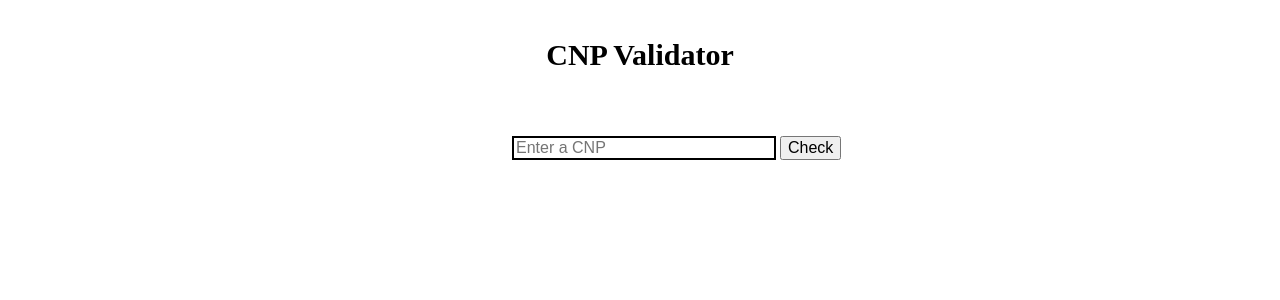
Repository: sabinaPetrisor/CNP_Validator_Project
Page: http://localhost/CNPValidatorProject/
The author's editor kept a copy of each file at every save. The page is drawn from the files as they stood at one save, then again after the next save.
The browser window is 1280 px wide. The pictures show the whole page.
Some web libraries are served in a nearby version. The page is served by Tomcat 9. Other server files are loaded and not shown.

Above is the page before, as saved 2023-07-10 14:55:44.

### CNPValidatorProject/src/main/webapp/index.jsp
<%@ page language="java" contentType="text/html; charset=ISO-8859-1"
    pageEncoding="ISO-8859-1"%>
<!DOCTYPE html>
<html>
<head>
	<title>CNP Validator</title>
	<meta name="viewport" content="width=device-width, initial-scale=1" charset="ISO-8859-1">
	<style> <%@include file="../css/index.css" %> </style>
	<script type="text/javascript" src="https://ajax.googleapis.com/ajax/libs/jquery/1.6.0/jquery.min.js"></script>
	<script><%@include file="../javascript/display-message-after-click.js" %></script>
</head>
<body>
	<p class="page-title">CNP Validator</p>
	<div class="container">
		<form action="/CNPValidator" class="form" method="get">
			<input type="text" placeholder="Enter a CNP" class="insert-text" id="cnp" name="cnp">
			<input type="submit" value="Check" class="form-button" id="check-button">
		</form>
	</div>

	<div id="msg"></div>
</body>
</html>

### CNPValidatorProject/src/main/webapp/css/index.css
@charset "ISO-8859-1";

*{
	margin: 0;
	width: 100%;
}

.page-title{
	display: flex;
	justify-content: center;
	font-size: 30px;
	font-weight: bold;
	margin-top: 3%;
}

.container{
	display: flex;
	align-items: center;
	justify-content: center;
	white-space: nowrap;
	margin-top: 5%;
}

.form{
	width: 20%;
}

.insert-text{
	border: 2px solid black;
	font-size: 1em;
}

.form-button{
	width: auto;
	font-size: 1em;
}

#msg{
	margin-top: 5%;
	font-size: 1.1em;
	background-color: blueviolet;
}

/*.validation-msg{
	margin-top: 5%;
	font-size: 1.1em;
}*/

.validation-msg-error{
	display: flex;
	align-items: center;
	justify-content: center;
	color: red;
}

.validation-msg-success{
	display: flex;
	align-items: center;
	justify-content: center;
	color: green;
}

Loaded but not shown: CNPValidatorProject/src/main/webapp/javascript/display-message-after-click.js (no copy from this time; the picture is the same without it)

After the next save:
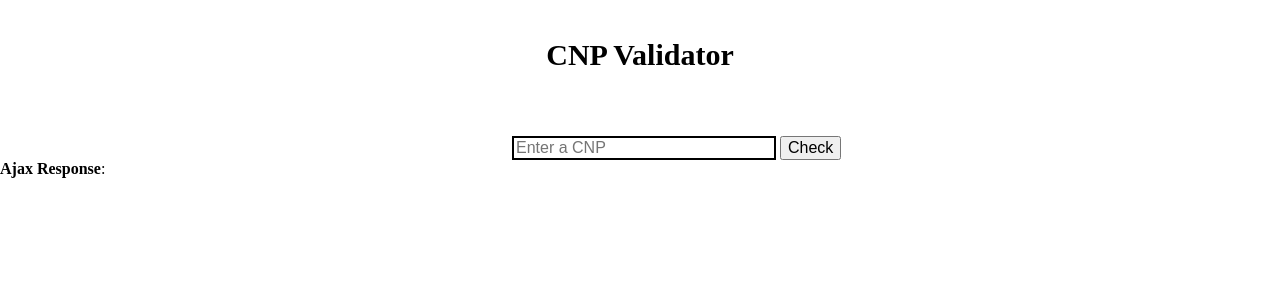
Saved 96 s later.
--- a/CNPValidatorProject/src/main/webapp/index.jsp
+++ b/CNPValidatorProject/src/main/webapp/index.jsp
@@ -18,6 +18,7 @@
 		</form>
 	</div>
 
+	<strong>Ajax Response</strong>:
 	<div id="msg"></div>
 </body>
 </html>
